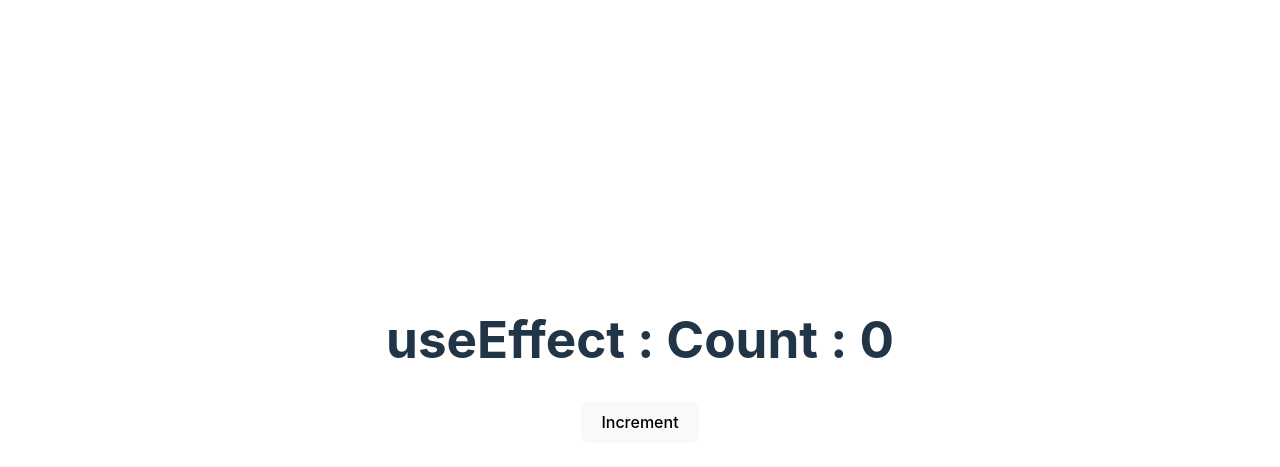
Repository: Aakash20bhatt/LearnReact
Page: / (app in Tut2/my-app/)
These files come from the project's save history. The page is drawn as it stood at one moment and after the next save; the edit follows.
The browser window is 1280 px wide. The pictures show the whole page.
The page's requests for data from a server got no answer. The project was rebuilt for these pictures with package versions that can differ from the ones it lists, and the page was loaded fresh each time. No one was signed in, and anything a server would have sent is missing. Also part of the build but not shown: Tut2/my-app/vite.config.js, Tut2/my-app/src/Components/Header.jsx, Tut2/my-app/src/Components/UserProfile.jsx, Tut2/my-app/src/Components/Button.jsx, Tut2/my-app/src/Components/Counter.jsx, Tut2/my-app/src/Components/Form.jsx, Tut2/my-app/src/Components/AdvanceForm.jsx.

Above is the page before, as saved 2024-07-24 21:00:04.

After the next save:
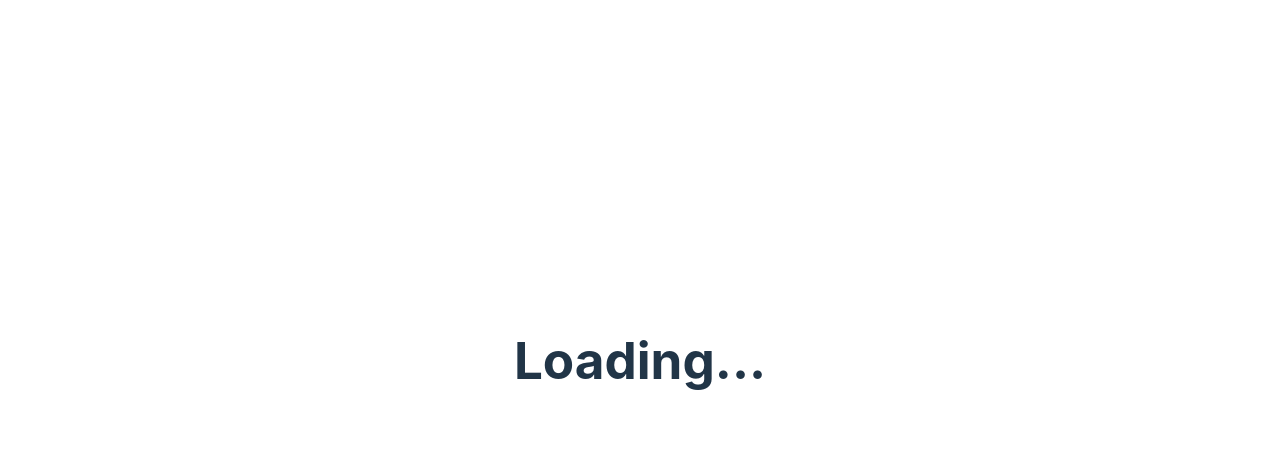
Saved 31 s later.
--- a/Tut2/my-app/src/App.jsx
+++ b/Tut2/my-app/src/App.jsx
@@ -6,6 +6,7 @@ import Counter from './Components/Counter'
 import Form from './Components/Form'
 import AdvanceForm from './Components/AdvanceForm';
 import UE from './Components/UE';
+import FetchData from './Components/FetchData';
 
 // const users = [
 //   {name:"John",age:"15",location:"India"},
@@ -20,7 +21,8 @@ function App() {
 
   return (
     <>
-      <UE/>
+      <FetchData/>
+      {/* <UE/> */}
       {/* <AdvanceForm/>
       <Form/> */}
       {/* <Header/>
